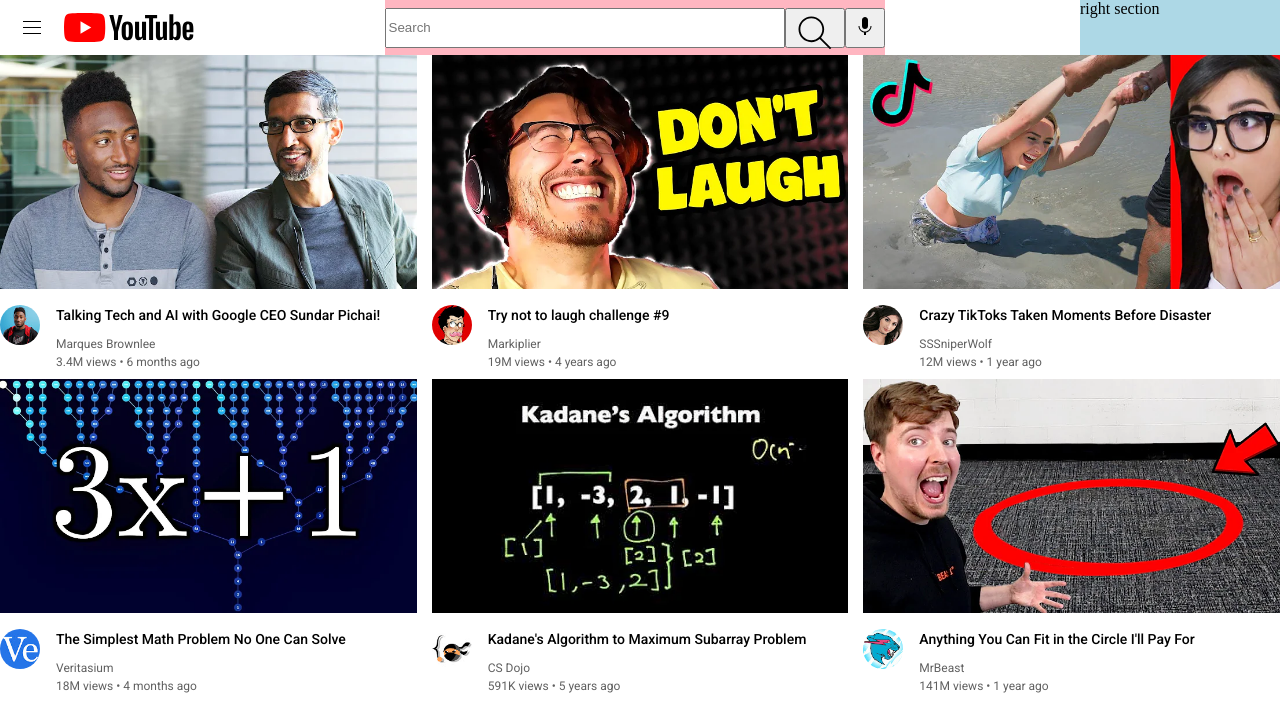
Repository: idahcarts-ux/html-css
Page: youtube.html
The author's editor kept a copy of each file at every save. The page is drawn from the files as they stood at one save, then again after a run of saves.
The browser window is 1280 px wide. The pictures show the whole page.

Above is the page before, as saved 2025-11-19 17:12:18.

After the next 2 saves:
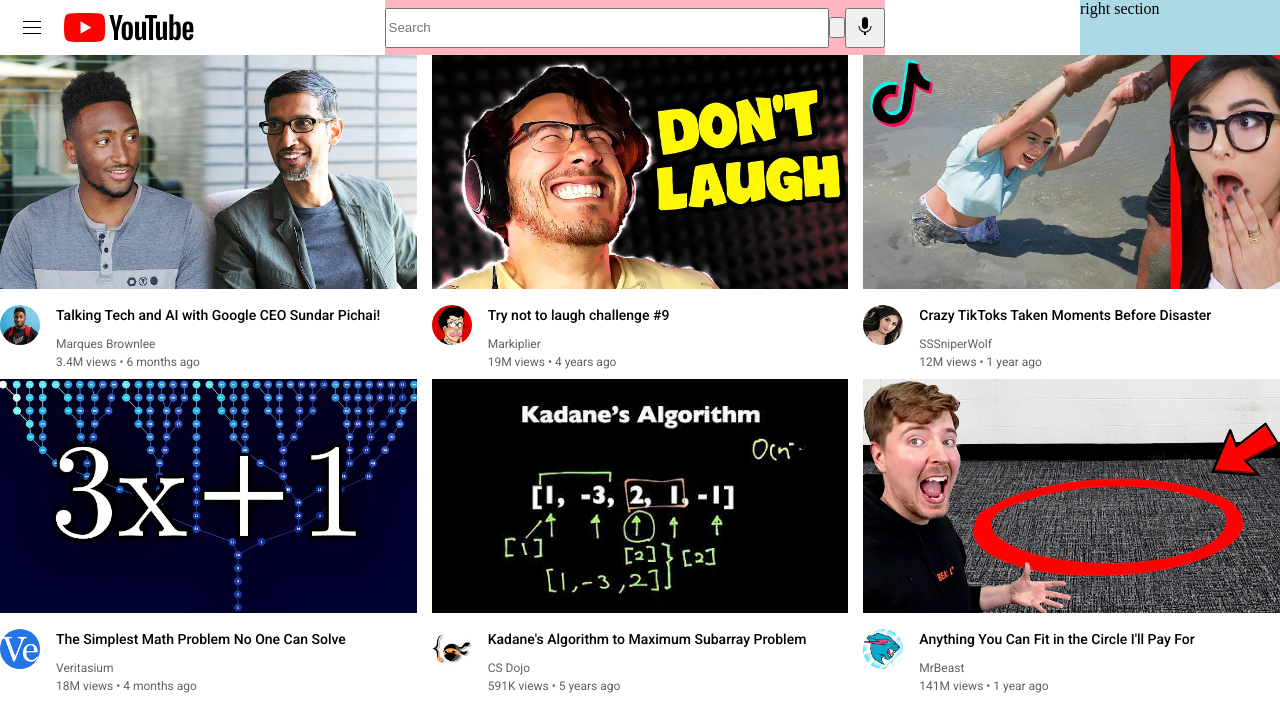
The 2 saves are shown as one change because they came seconds apart.
The last was saved 8 s later.
--- a/styles/header.css
+++ b/styles/header.css
@@ -40,7 +40,7 @@
     flex:1;
     height:34px;
   }
-
+  .search-bar
   .search-button {
     height:40px;
     width:60px;

After the 5 saves that followed:
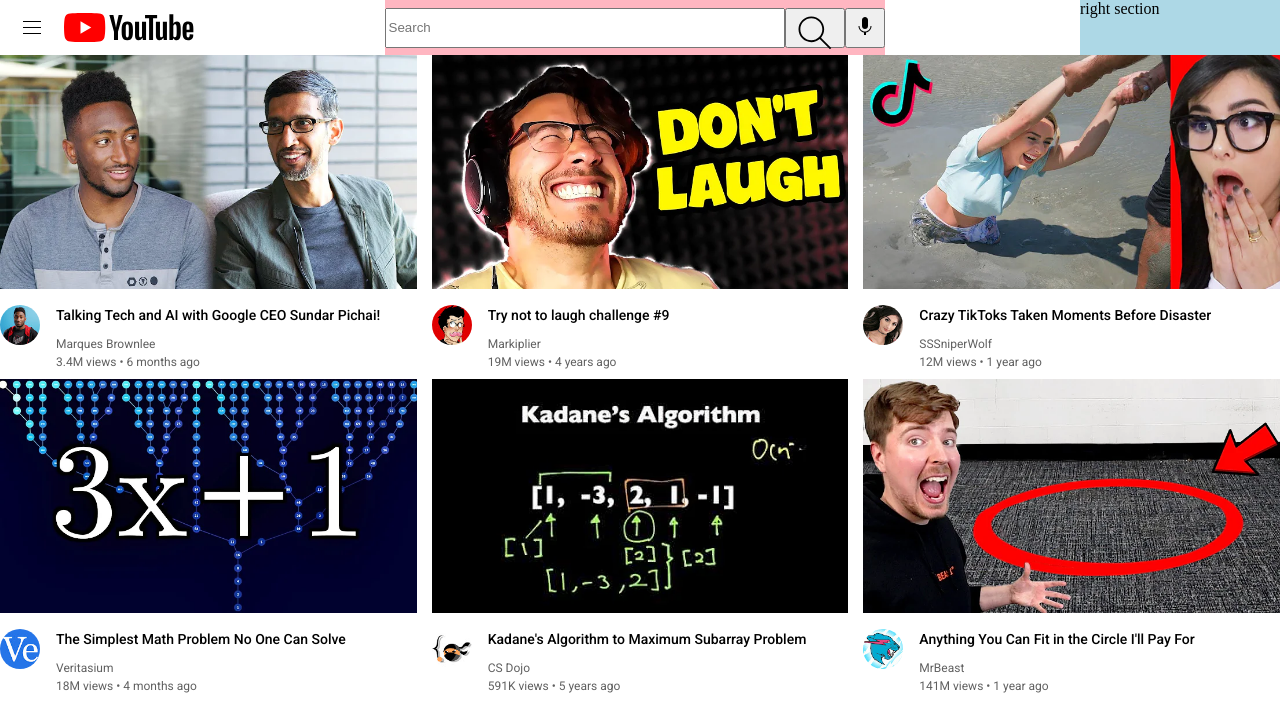
The 5 saves are shown as one change because they came seconds apart.
The last was saved 18 s later.
--- a/styles/header.css
+++ b/styles/header.css
@@ -40,7 +40,9 @@
     flex:1;
     height:34px;
   }
-  .search-bar
+  .search-bar::placeholder {
+
+  }
   .search-button {
     height:40px;
     width:60px;
